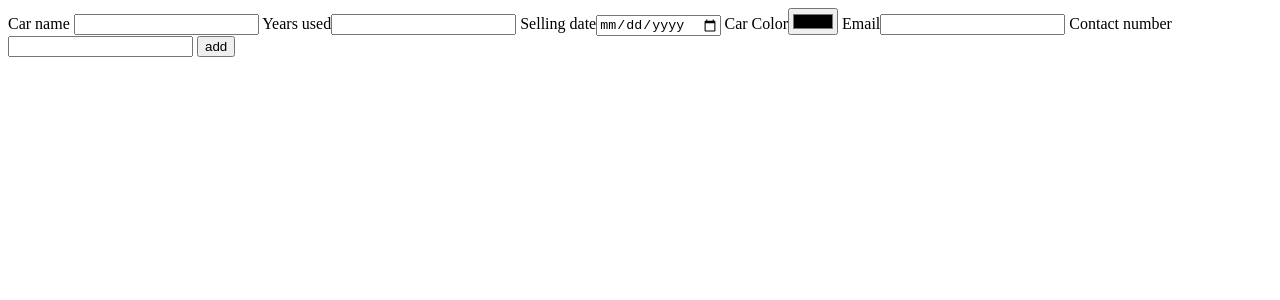
Repository: parthp17/273-Homework1
Page: Homework1/workspace/homework1/WebContent/InputTypes.html
These files come from the project's save history. The page is drawn as it stood at one moment and after a run of saves; the edit follows.
The browser window is 1280 px wide. The pictures show the whole page.

Above is the page before, as saved 2016-09-09 15:55:37.

### Homework1/workspace/homework1/WebContent/InputTypes.html
<html>
<head>

</head>
<body>
<form action="welcome.html">
	Car name
	<input type="text" name="name" id="name">
	Years used<input type = "number" name = "yearsUsed" id = "yearsUsed">

	Selling date<input type="date" name="sellingDate" id = "sellingDate">
	 Car Color<input type="color" name="carcolor" id = "carcolor">
	 Email<input type = "email" id = "carcolor">
	 Contact number <input type= "tel" name = "contactnum" >

	<input type="submit" value="add" onclick="f1()" id="b">

</form>
	</table>
</body>
</html>

After the next 2 saves:
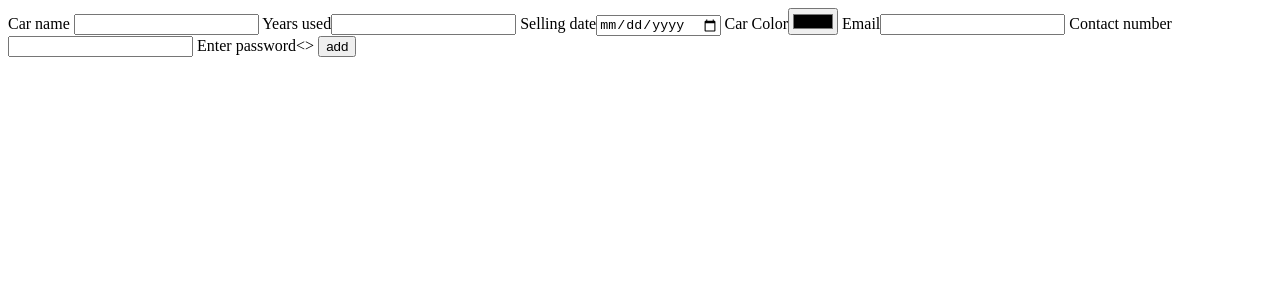
The 2 saves are shown as one change because they came seconds apart.
The last was saved 27 s later.
--- a/Homework1/workspace/homework1/WebContent/InputTypes.html
+++ b/Homework1/workspace/homework1/WebContent/InputTypes.html
@@ -12,7 +12,7 @@
 	 Car Color<input type="color" name="carcolor" id = "carcolor">
 	 Email<input type = "email" id = "carcolor">
 	 Contact number <input type= "tel" name = "contactnum" >
-
+	 Enter password<>
 	<input type="submit" value="add" onclick="f1()" id="b">
 
 </form>
